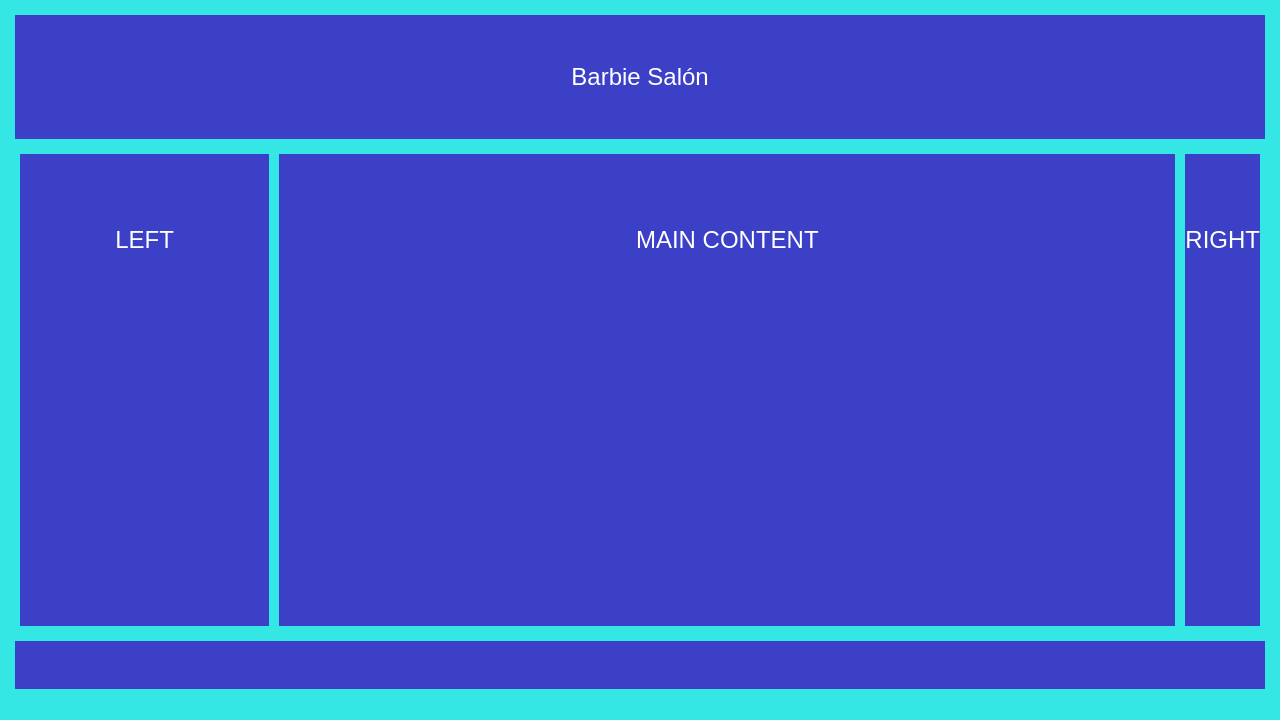
Repository: Badynko/Barbie-salon
Page: index.html
An editor plug-in stored every save of this project. The page is shown before and after the next save, followed by the edit.
The browser window is 1280 px wide. The pictures show the whole page.

Above is the page before, as saved 2024-08-03 07:12:03.

After the next save:
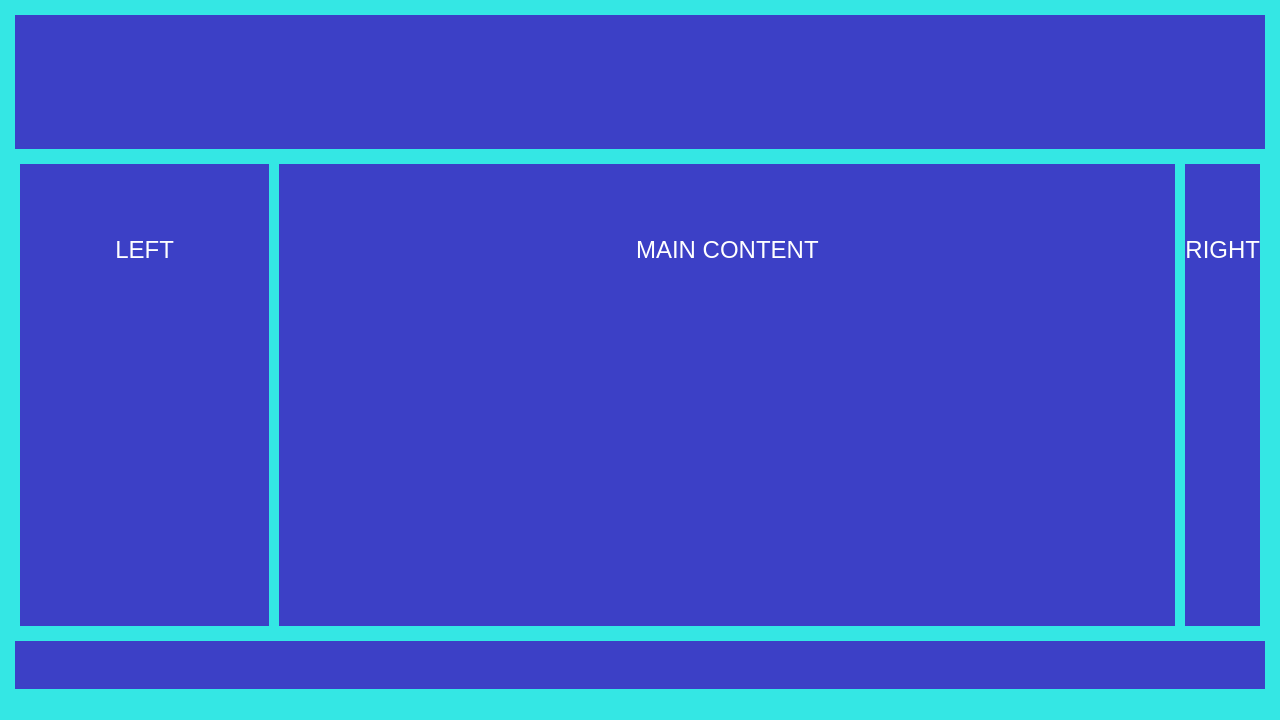
Saved 46 s later.
--- a/index.html
+++ b/index.html
@@ -7,7 +7,9 @@
     <link rel="stylesheet" href="css/style.css" />
   </head>
   <body>
-    <header>Barbie Salón</header>
+    <header>
+      <div class="logo"><img src="" alt="" /></div>
+    </header>
     <div class="main">
       <aside class="left">LEFT</aside>
       <main>MAIN CONTENT</main>
